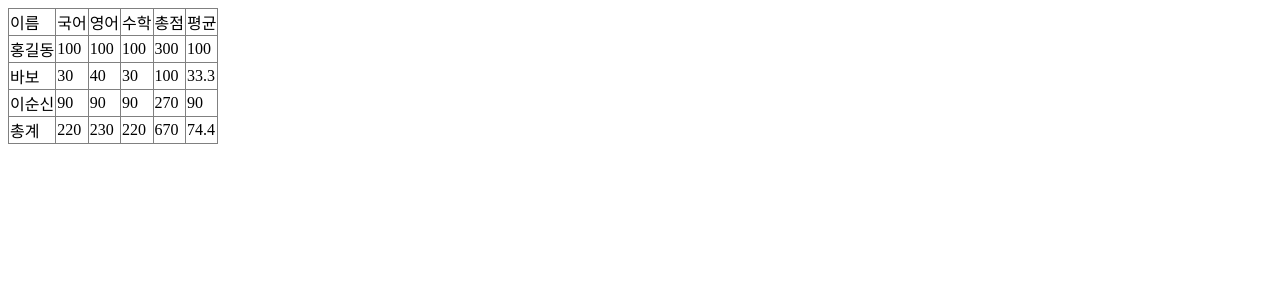
Repository: marudaga/html-css-lecture
Page: work/study/src/main/webapp/htmlEx/ch04/ex02.html
The author's editor kept a copy of each file at every save. The page is drawn from the files as they stood at one save, then again after the next save.
The browser window is 1280 px wide. The pictures show the whole page.

Above is the page before, as saved 2022-09-07 02:48:20.

### work/study/src/main/webapp/htmlEx/ch04/ex02.html
<!DOCTYPE html>
<html>
<head>
<meta charset="UTF-8">
<title>Insert title here</title>
</head>
<body>
	<table border="1" style="border-collapse: collapse;">
		<tr>
			<td>이름</td>
			<td>국어</td>
			<td>영어</td>
			<td>수학</td>
			<td>총점</td>
			<td>평균</td>
		</tr>
		<tr>
			<td>홍길동</td>
			<td>100</td>
			<td>100</td>
			<td>100</td>
			<td>300</td>
			<td>100</td>
		</tr>
		<tr>
			<td>바보</td>
			<td>30</td>
			<td>40</td>
			<td>30</td>
			<td>100</td>
			<td>33.3</td>
		</tr><tr>
			<td>이순신</td>
			<td>90</td>
			<td>90</td>
			<td>90</td>
			<td>270</td>
			<td>90</td>
		</tr><tr>
			<td>총계</td>
			<td>220</td>
			<td>230</td>
			<td>220</td>
			<td>670</td>
			<td>74.4</td>
		</tr>
	</table>


</body>
</html>

After the next save:
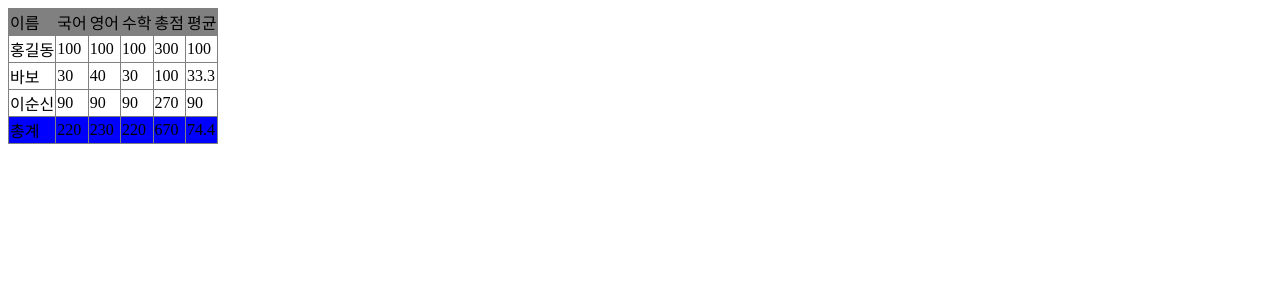
Saved 58 s later.
--- a/work/study/src/main/webapp/htmlEx/ch04/ex02.html
+++ b/work/study/src/main/webapp/htmlEx/ch04/ex02.html
@@ -6,7 +6,7 @@
 </head>
 <body>
 	<table border="1" style="border-collapse: collapse;">
-		<tr>
+		<tr style="background: gray;">
 			<td>이름</td>
 			<td>국어</td>
 			<td>영어</td>
@@ -36,7 +36,7 @@
 			<td>90</td>
 			<td>270</td>
 			<td>90</td>
-		</tr><tr>
+		</tr><tr style="background: #0000ff;">
 			<td>총계</td>
 			<td>220</td>
 			<td>230</td>
